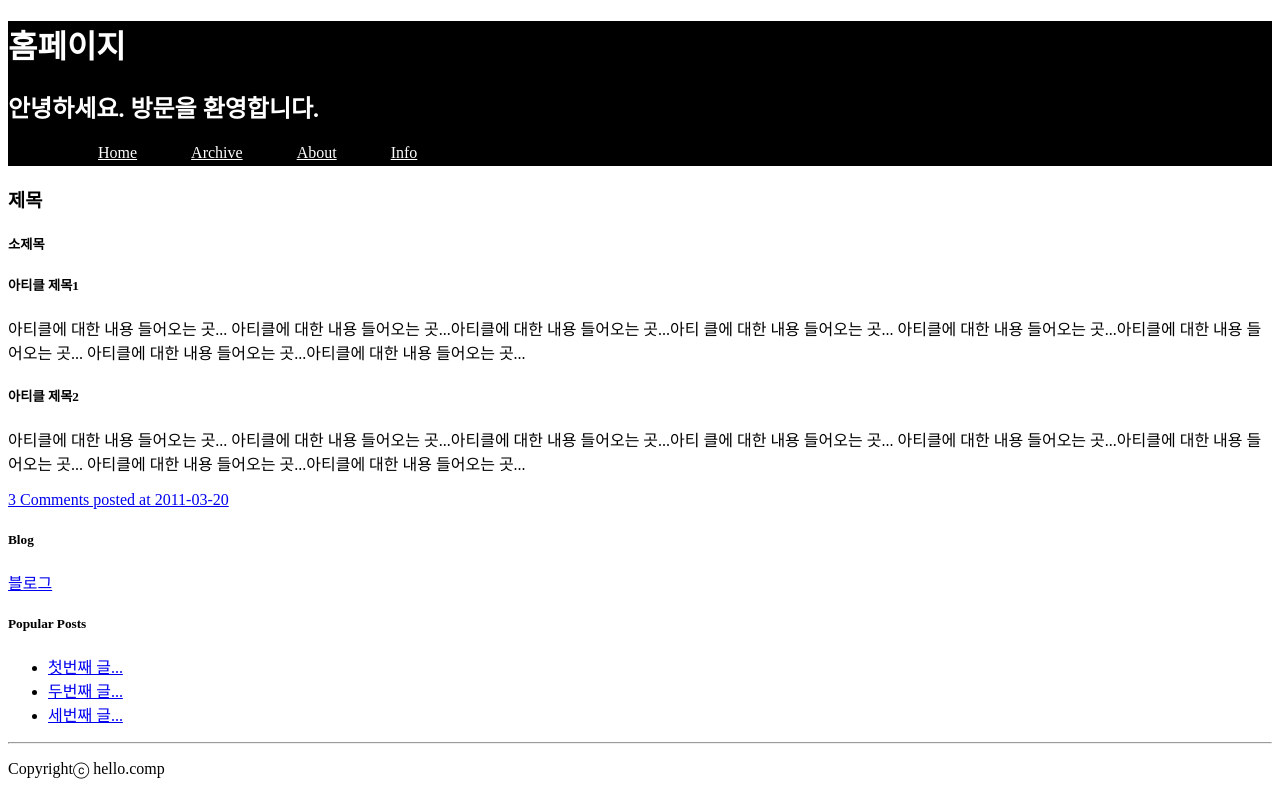
Repository: harin1212/PDA-frontend
Page: 김하린_0728_2/hw2.html
The author's editor kept a copy of each file at every save. The page is drawn from the files as they stood at one save, then again after the next save.
The browser window is 1280 px wide. The pictures show the whole page.

Above is the page before, as saved 2023-07-28 17:16:18.

### 김하린_0728_2/hw2.html
<!DOCTYPE html>
<html lang="en">
<head>
    <meta charset="UTF-8">
    <meta name="viewport" content="width=device-width, initial-scale=1.0">
    <link rel="stylesheet" href="style/hw2.css">
    <title>HW2</title>
    <style>
        div.line{
            width: 200px;
            height: 10px;
            background-color: rgb(117, 107, 107);
        }
    </style>
</head>
<body>
    <header>
        <h1>홈페이지</h1>
        <h2>안녕하세요. 방문을 환영합니다.</h2>
        <nav>
            <ul>
                <li><a href="#">Home</a></li>
                <li><a href="#">Archive</a></li>
                <li><a href="#">About</a></li>
                <li><a href="#">Info</a></li>
            </ul>
        </nav>
    </header>

    <div>
        <h3>제목</h3>
        <h5>소제목</h5>

        <article>
            <section>
                <h5>아티클 제목1</h5>
                <p>아티클에 대한 내용 들어오는 곳...
                    아티클에 대한 내용 들어오는 곳...아티클에 대한 내용 들어오는 곳...아티
                    클에 대한 내용 들어오는 곳...
                    아티클에 대한 내용 들어오는 곳...아티클에 대한 내용 들어오는 곳...
                    아티클에 대한 내용 들어오는 곳...아티클에 대한 내용 들어오는 곳...
                </p>
            </section>
            <section>
                <h5>아티클 제목2</h5>
                <p>아티클에 대한 내용 들어오는 곳...
                    아티클에 대한 내용 들어오는 곳...아티클에 대한 내용 들어오는 곳...아티
                    클에 대한 내용 들어오는 곳...
                    아티클에 대한 내용 들어오는 곳...아티클에 대한 내용 들어오는 곳...
                    아티클에 대한 내용 들어오는 곳...아티클에 대한 내용 들어오는 곳...
                </p>
            </section>
            <a href="#">3 Comments posted at 2011-03-20</a>

        </article>

        <aside>
            <section>
                <h5>Blog</h5>
                <a href="#">블로그</a>
            </section>
            <section>
                <h5>Popular Posts</h5>
                <ul>
                    <li><a href="#">첫번째 글...</a></li>
                    <li><a href="#">두번째 글...</a></li>
                    <li><a href="#">세번째 글...</a></li>
                </ul>
            </section>

        </aside>
    </div>
    <hr>
    <footer>
        <p>Copyrightⓒ hello.comp</p>
    </footer>
</body>
</html>

### 김하린_0728_2/style/hw2.css
header{
    background-color: rgb(0, 0, 0);
    color: white;
    display: block;
}

header nav ul li a{
    color : white;


    margin-left: 50px;
    float: right;
}

nav ul li{
    display: inline-block;
    list-style: none;
}

After the next save:
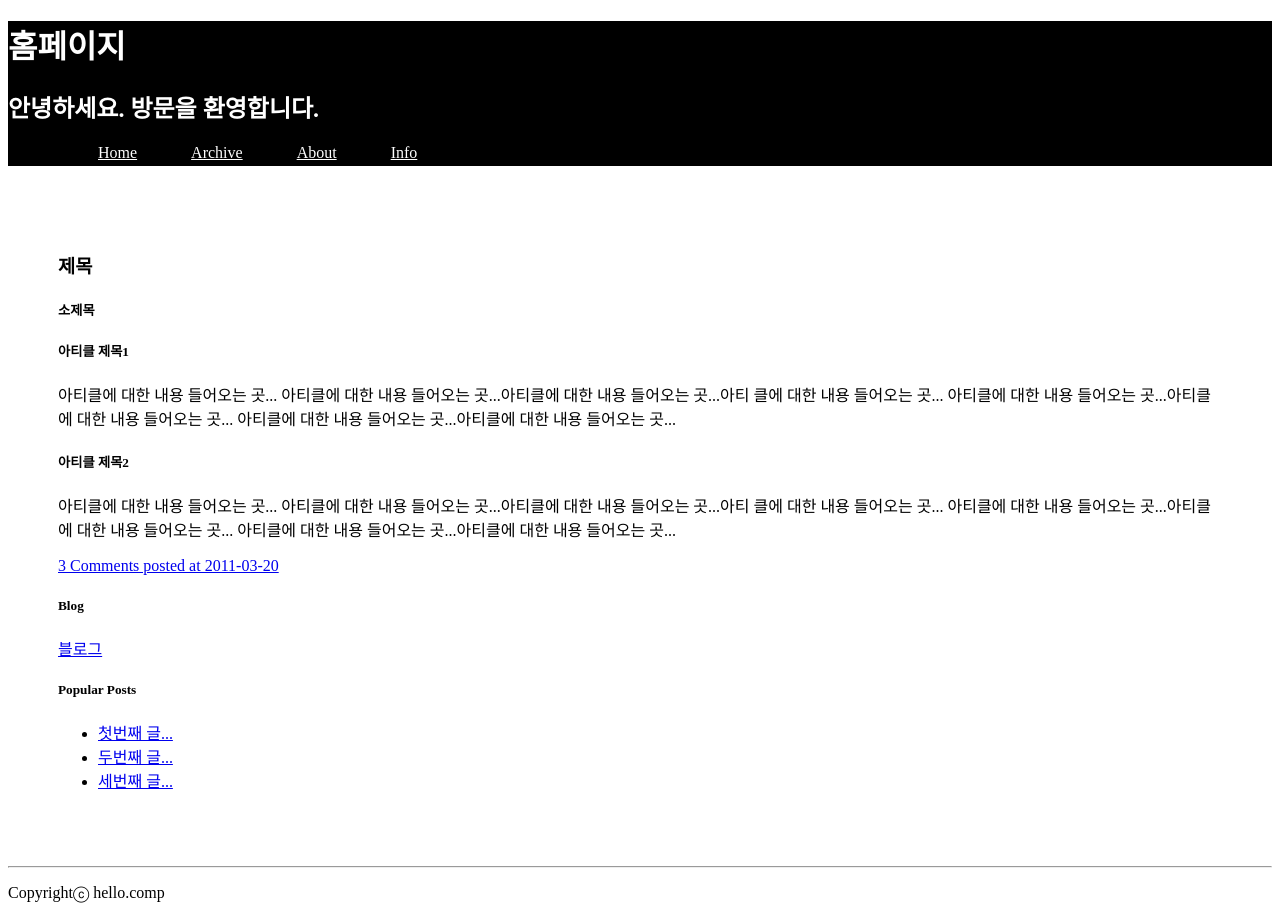
Saved 50 s later.
--- a/김하린_0728_2/style/hw2.css
+++ b/김하린_0728_2/style/hw2.css
@@ -6,8 +6,6 @@ header{
 
 header nav ul li a{
     color : white;
-
-
     margin-left: 50px;
     float: right;
 }
@@ -16,3 +14,7 @@ nav ul li{
     display: inline-block;
     list-style: none;
 }
+
+div{
+    padding: 50px;
+}
